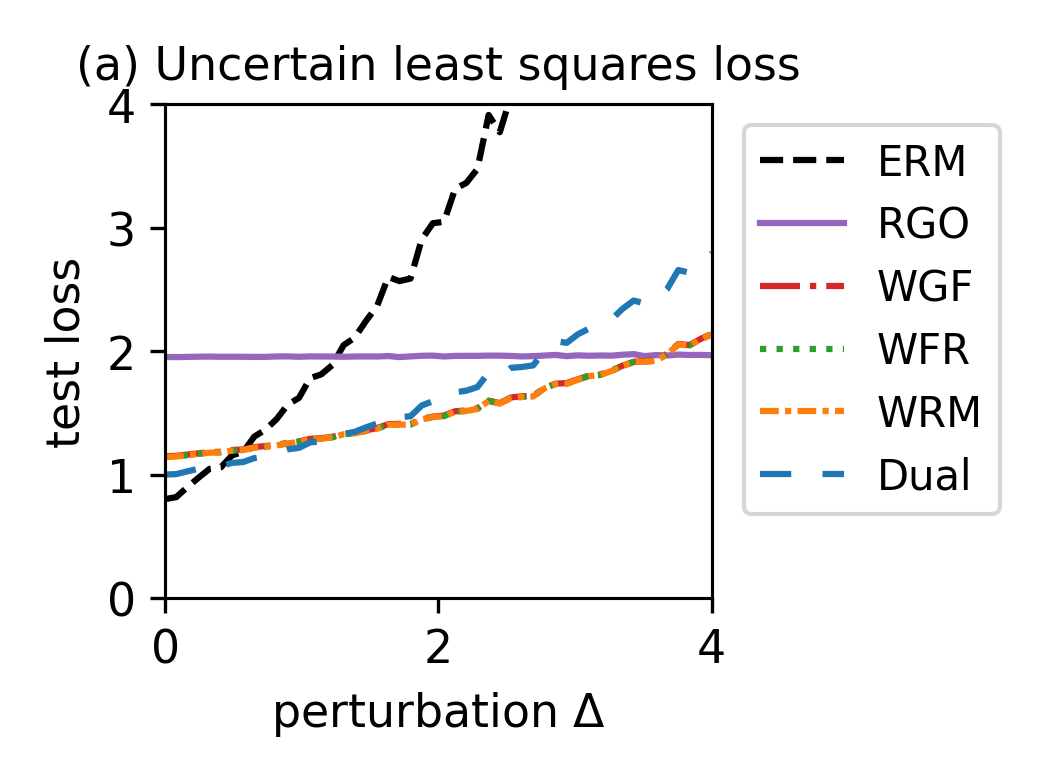
Repository: ZusenXu/GFS-DRO
Script's output: python uncertain_least_squares/uncertain_least_squares.py
The author's editor kept a copy of each file at every save. The script's output is drawn from the files as they stood at one save, then again after the next save.
Random numbers start from a fixed seed.

Above is the script's output before, as saved 2025-09-13 21:12:51.

After the next save:
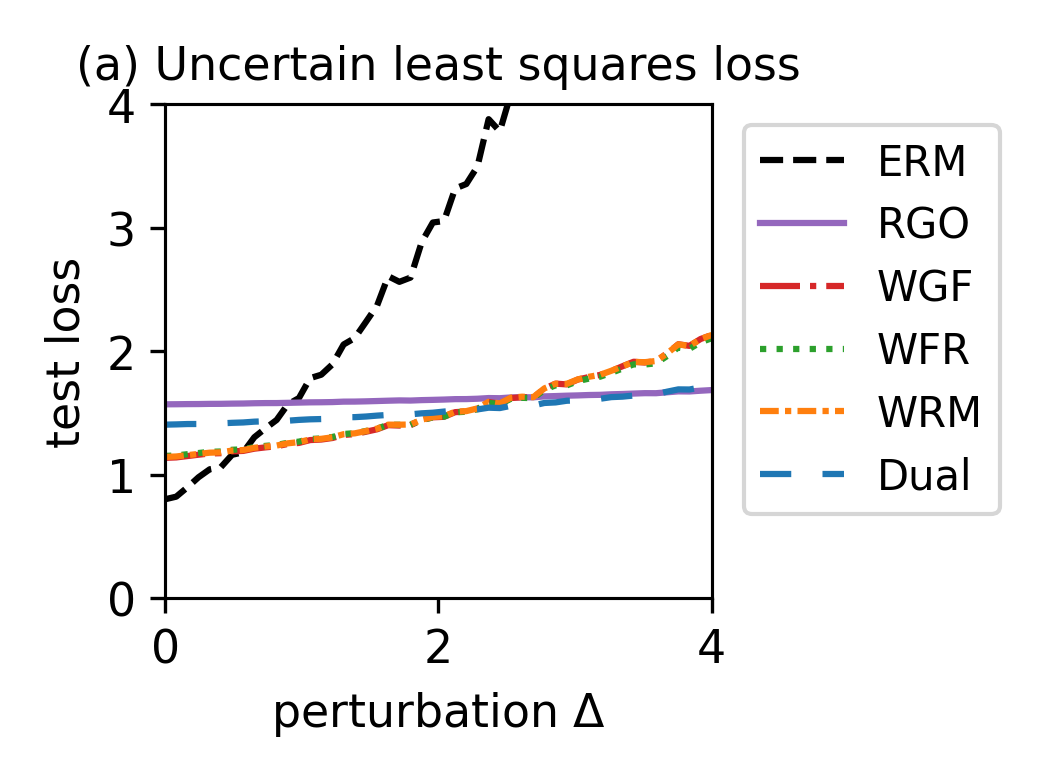
Saved 16 s later.
--- a/uncertain_least_squares/uncertain_least_squares.py
+++ b/uncertain_least_squares/uncertain_least_squares.py
@@ -21,7 +21,7 @@ DELTA_STEPS = 50
 N_EPOCHS = 50 # 外部优化的迭代轮数
 LEARNING_RATE = 0.01 # 外部优化 theta 的学习率
 LAMBDA_VAL = 0.1 # 正则化参数 lambda
-EPSILON = 0.1 # 熵正则化参数 epsilon
+EPSILON = 1 # 熵正则化参数 epsilon
 GRAD_CLIP_THRESHOLD = 10.0 # 梯度裁剪阈值，防止梯度爆炸
 
 # RGO (算法2) 特定参数
